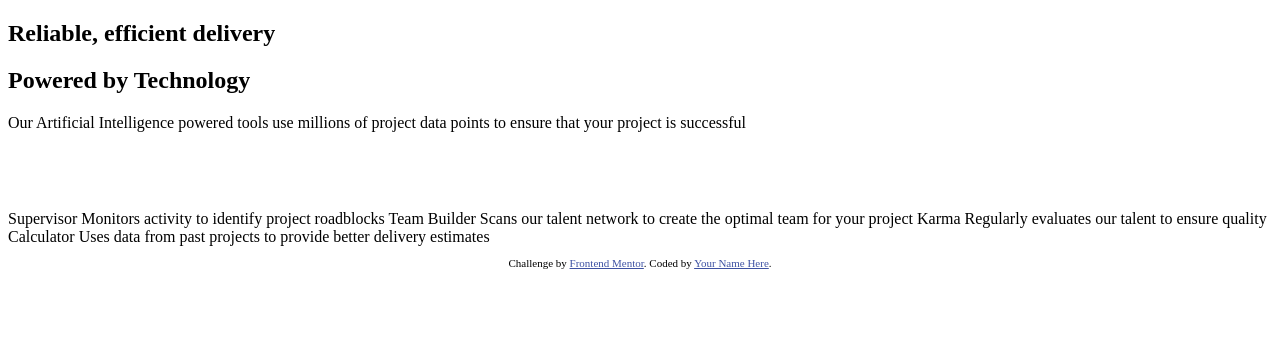
Repository: BuduCE/four-card-feature-section-master
Page: index.html
An editor plug-in stored every save of this project. The page is shown before and after a run of saves, followed by the edit.
The browser window is 1280 px wide. The pictures show the whole page.

Above is the page before, as saved 2023-06-01 21:27:50.

After the next 3 saves:
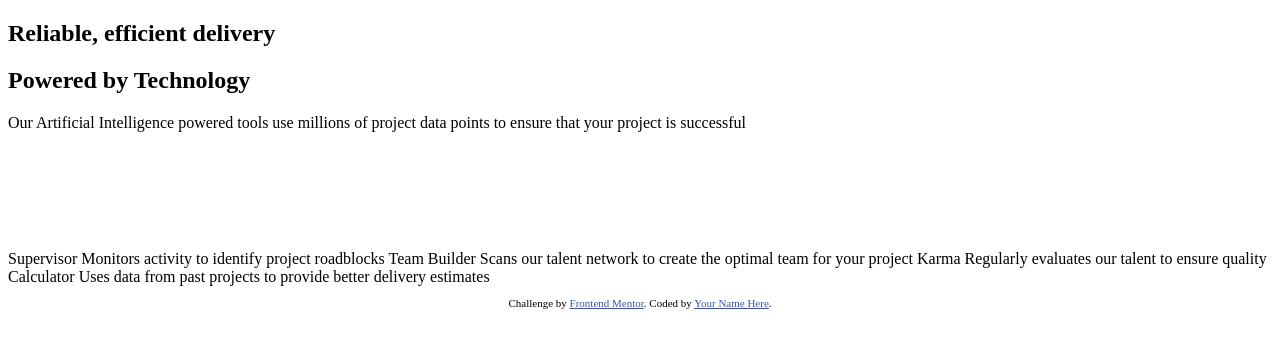
The 3 saves are shown as one change because they came seconds apart.
The last was saved 9 s later.
--- a/index.html
+++ b/index.html
@@ -29,13 +29,21 @@
         <img src="" alt="">
       </div>
 
+
+    </div>
+
+    <div class="card_containers">
+      <div class="card">
+        <h4></h4>
+        <p></p>
+        <img src="" alt="">
+      </div>
       <div class="card">
         <h4></h4>
         <p></p>
         <img src="" alt="">
       </div>
     </div>
-    <div class="card_containers"></div>
     <div class="card_containers"></div>
   </div>
 
